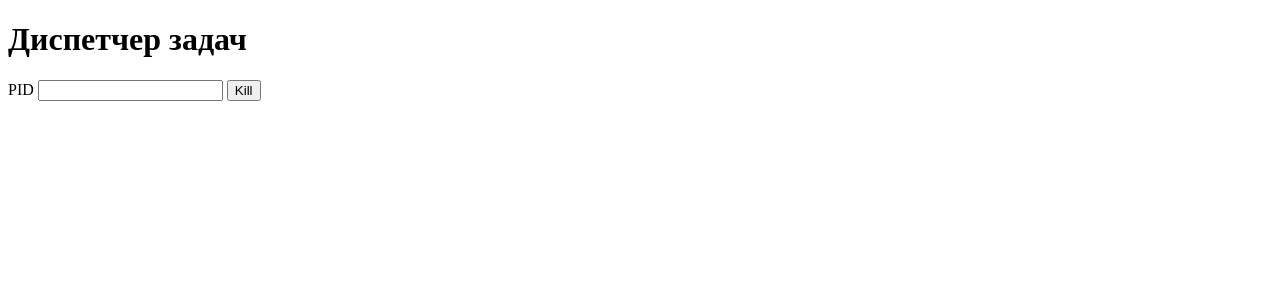
Repository: Predkor/OC
Page: index.html
These files come from the project's save history. The page is drawn as it stood at one moment and after the next save; the edit follows.
The browser window is 1280 px wide. The pictures show the whole page.
The page's requests for data from a server got no answer.

Above is the page before, as saved 2024-09-25 16:08:02.

After the next save:
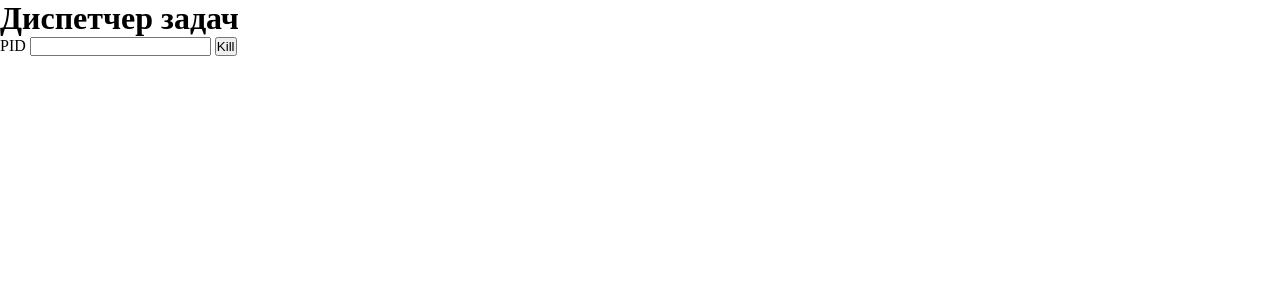
Saved 22 s later.
--- a/index.html
+++ b/index.html
@@ -24,8 +24,10 @@
     </div>
 
     <style>
-        .process {
-
+        *{
+            margin: 0;
+            padding: 0;
+            box-sizing: border-box;
         }
     </style>
 
